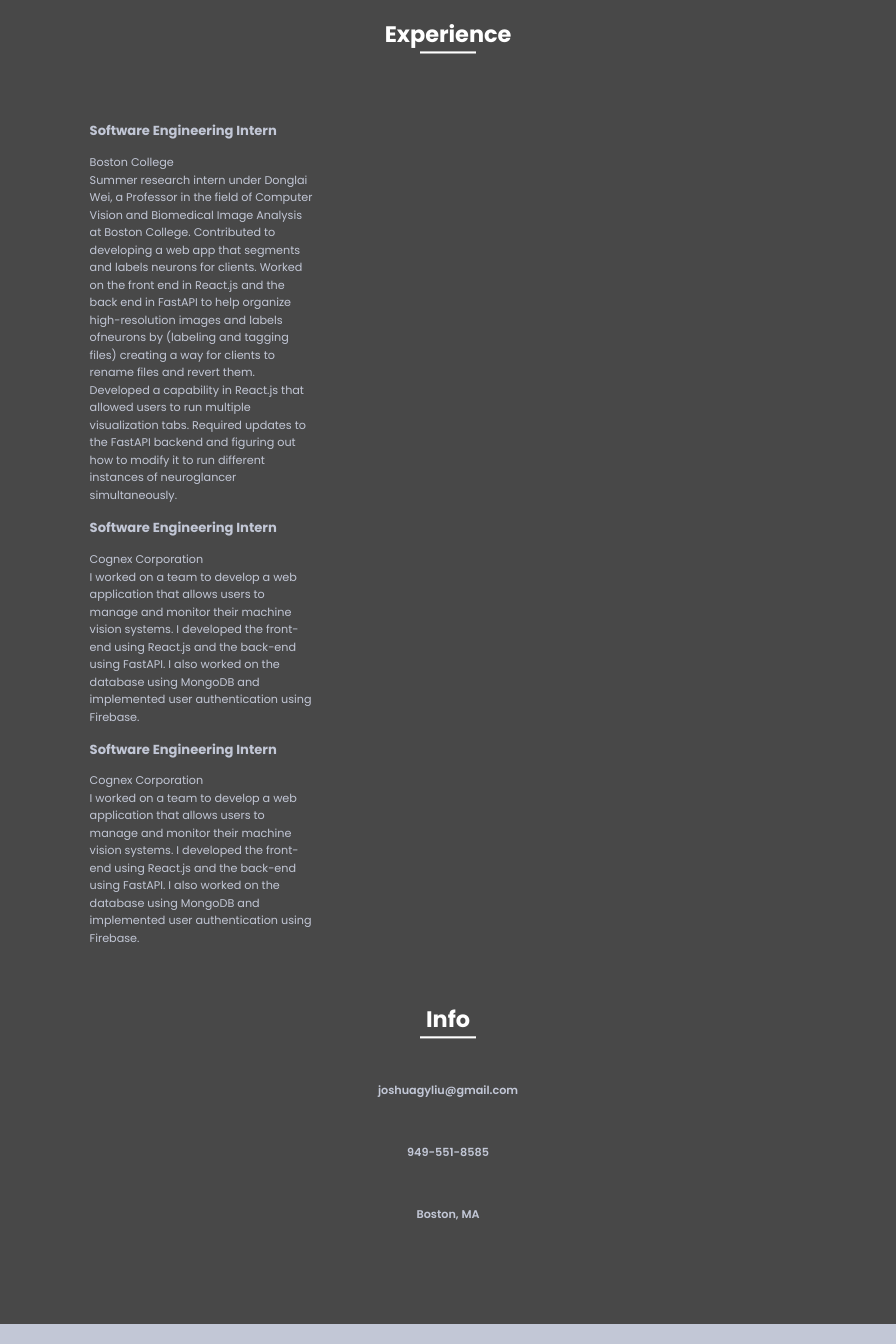
Repository: joshliu14/joshliu14.github.io
Page: index.html
The author's editor kept a copy of each file at every save. The page is drawn from the files as they stood at one save, then again after the next save.
The browser window is 1280 px wide. The pictures show the part of the page from y = 2218 to 4138 px (the page is 4342 px tall before and 4092 px after), at 70% of full size.

Above is the page before, as saved 2024-02-01 00:35:50.

### index.html
<!DOCTYPE html>
<html lang="en">
  <head>
    <meta charset="UTF-8" />
    <meta name="viewport" content="width=device-width, initial-scale=1.0" />

    <link rel="stylesheet" href="assets/css/web.css" />

    <!-- =====BOX ICONS===== -->
    <link
      href="https://unpkg.com/boxicons@2.1.4/css/boxicons.min.css"
      rel="stylesheet"
    />

    <title>Joshua Liu</title>
  </head>
  <body>
    <!--===== HEADER =====-->
    <header class="l-header">
      <nav class="nav bd-grid">
        <div>
          <a href="#" class="nav__logo">Joshua Liu</a>
        </div>

        <div class="nav__menu" id="nav-menu">
          <ul class="nav__list">
            <li class="nav__item">
              <a href="#home" class="nav__link active-link">Home</a>
            </li>
            <li class="nav__item">
              <a href="#about" class="nav__link">About</a>
            </li>
            <li class="nav__item">
              <a href="#skills" class="nav__link">Skills</a>
            </li>
            <li class="nav__item">
              <a href="#work" class="nav__link">Experience</a>
            </li>
            <li class="nav__item">
              <a href="#contact" class="nav__link">Info</a>
            </li>
          </ul>
        </div>

        <div class="nav__toggle" id="nav-toggle">
          <i class="bx bx-menu"></i>
        </div>
      </nav>
    </header>

    <main class="l-main">
      <!--===== HOME =====-->
      <section class="home bd-grid" id="home">
        <div class="home__data">
          <h1 class="home__title">
            Hi,<br />I'm <span class="home__title-color">Josh</span><br />
          </h1>

          <a href="resume.pdf" class="button">Resume</a>
        </div>

        <div class="home__social">
          <a
            href="https://www.linkedin.com/in/joshua-liu-727847208/"
            class="home__social-icon"
            ><i class="bx bxl-linkedin"></i
          ></a>
          <a href="" class="home__social-icon"
            ><i class="bx bxl-behance"></i
          ></a>
          <a href="https://github.com/joshliu14" class="home__social-icon"
            ><i class="bx bxl-github"></i
          ></a>
        </div>

        <div class="home__img">
          <svg
            class="home__blob"
            viewBox="0 0 479 467"
            xmlns="http://www.w3.org/2000/svg"
            xmlns:xlink="http://www.w3.org/1999/xlink"
          >
            <mask id="mask0" mask-type="alpha">
              <path
                d="M9.19024 145.964C34.0253 76.5814 114.865 54.7299 184.111 29.4823C245.804 6.98884 311.86 -14.9503 370.735 14.143C431.207 44.026 467.948 107.508 477.191 174.311C485.897 237.229 454.931 294.377 416.506 344.954C373.74 401.245 326.068 462.801 255.442 466.189C179.416 469.835 111.552 422.137 65.1576 361.805C17.4835 299.81 -17.1617 219.583 9.19024 145.964Z"
              />
            </mask>
            <g mask="url(#mask0)">
              <path
                d="M9.19024 145.964C34.0253 76.5814 114.865 54.7299 184.111 29.4823C245.804 6.98884 311.86 -14.9503 370.735 14.143C431.207 44.026 467.948 107.508 477.191 174.311C485.897 237.229 454.931 294.377 416.506 344.954C373.74 401.245 326.068 462.801 255.442 466.189C179.416 469.835 111.552 422.137 65.1576 361.805C17.4835 299.81 -17.1617 219.583 9.19024 145.964Z"
              />
              <image
                class="home__blob-img"
                x="30"
                y="65"
                href="assets/img/profile.png"
              />
            </g>
          </svg>
        </div>
      </section>

      <!--===== ABOUT =====-->
      <section class="about section" id="about">
        <h2 class="section-title">About</h2>

        <div class="about__container bd-grid">
          <div class="about__img">
            <img src="assets/img/about.png" alt="" />
          </div>

          <div>
            <h2 class="about__subtitle">I'm Josh</h2>
            <p class="about__text">
              I am currently a sophomore at Brandeis University pursuing a
              degree in Computer Science and Applied Mathematics. I am eager to
              contribute my programming skills to real-world scenarios, and I am
              actively seeking software engineering internship opportunities. My
              goal is to enhance my knowledge, apply theoretical concepts in
              practical settings, and contribute meaningfully to innovative
              projects.
            </p>
          </div>
        </div>
      </section>

      <!--===== SKILLS =====-->
      <section class="skills section" id="skills">
        <h2 class="section-title">Skills</h2>

        <div class="skills__container bd-grid">
          <div>
            <h2 class="skills__subtitle">Programming/Framework/Software Skills</h2>
            <p class="skills__text">
                I have experience with the following programming languages and
                frameworks. I am also familiar with software such as Git and
                Firebase. I am always eager to learn new technologies, languages,
                and frameworks to expand my skillset.
            </p>
            <div class="skills__data">
              <div class="skills__names">
                <i class="bx bxl-java skills__icon"></i>
                <span class="skills__name">JAVA</span>
              </div>
            </div>
            <div class="skills__data">
              <div class="skills__names">
                <i class="bx bxl-javascript skills__icon"></i>
                <span class="skills__name">JAVASCRIPT</span>
              </div>
            </div>
            <div class="skills__data">
              <div class="skills__names">
                <i class="bx bxl-python skills__icon"></i>
                <span class="skills__name">PYTHON</span>
              </div>
            </div>
            <div class="skills__data">
              <div class="skills__names">
                <i class="bx bxl-c-plus-plus skills__icon"></i>
                <span class="skills__name">C++</span>
              </div>
            </div>
            <div class="skills__data">
              <div class="skills__names">
                <i class="bx bxl-html5 skills__icon"></i>
                <span class="skills__name">HTML</span>
              </div>
            </div>
            <div class="skills__data">
              <div class="skills__names">
                <i class="bx bxl-css3 skills__icon"></i>
                <span class="skills__name">CSS</span>
              </div>
            </div>
            <div class="skills__data">
              <div class="skills__names">
                <i class="bx bxl-javascript skills__icon"></i>
                <span class="skills__name">JAVA</span>
              </div>
            </div>
          </div>
          <div class="skills__column2">
            <div class="skills__data">
              <div class="skills__names">
                <i class="bx bxl-react skills__icon"></i>
                <span class="skills__name">REACT.JS</span>
              </div>
            </div>
            <div class="skills__data">
              <div class="skills__names">
                <i class="bx bxl-firebase skills__icon"></i>
                <span class="skills__name">FIREBASE</span>
              </div>
            </div>
            <div class="skills__data">
              <div class="skills__names">
                <i class="bx bxl-mongodb skills__icon"></i>
                <span class="skills__name">MONGODB</span>
              </div>
            </div>
            <div class="skills__data">
              <div class="skills__names">
                <i class="bx bxs-zap skills__icon"></i>
                <span class="skills__name">FASTAPI</span>
              </div>
            </div>
            <div class="skills__data">
              <div class="skills__names">
                <i class="bx bxl-redux skills__icon"></i>
                <span class="skills__name">REDUX</span>
              </div>
            </div>
            <div class="skills__data">
              <div class="skills__names">
                <i class="bx bxl-nodejs skills__icon"></i>
                <span class="skills__name">NODE</span>
              </div>
            </div>
            <div class="skills__data">
              <div class="skills__names">
                <i class="bx bxl-git skills__icon"></i>
                <span class="skills__name">GIT</span>
              </div>
            </div>
          </div>
      </section>

      <!--===== Experience =====-->
      <section class="work section" id="work">
        <h2 class="section-title">Experience</h2>

        <div class="work__container bd-grid">
            <div class="work__content">
                <div>
                <h3 class="work__title">Software Engineering Intern</h3>
                <span class="work__subtitle">Boston College</span>
                <p class="work__description">
                    Summer research intern under Donglai Wei, a Professor in the field of Computer Vision and Biomedical Image Analysis at Boston College. Contributed to developing a web app that segments and labels neurons for clients. Worked on the front end in React.js and the back end in FastAPI to help organize high-resolution images and labels ofneurons by (labeling and tagging files) creating a way for clients to rename files and revert them. Developed a capability in React.js that allowed users to run multiple visualization tabs. Required updates to the FastAPI backend and figuring out how to modify it to run different instances of neuroglancer simultaneously.
                </p>
                </div>
                <div>
                <h3 class="work__title">Software Engineering Intern</h3>
                <span class="work__subtitle">Cognex Corporation</span>
                <p class="work__description">
                    I worked on a team to develop a web application that allows
                    users to manage and monitor their machine vision systems. I
                    developed the front-end using React.js and the back-end using
                    FastAPI. I also worked on the database using MongoDB and
                    implemented user authentication using Firebase.
                </p>
                </div>
                <div>
                <h3 class="work__title">Software Engineering Intern</h3>
                <span class="work__subtitle">Cognex Corporation</span>
                <p class="work__description">
                    I worked on a team to develop a web application that allows
                    users to manage and monitor their machine vision systems. I
                    developed the front-end using React.js and the back-end using
                    FastAPI. I also worked on the database using MongoDB and
                    implemented user authentication using Firebase.
                </p>
                </div>
            </div>
        </div>

      <!--===== CONTACT =====-->
      <section class="contact section" id="contact">
        <h2 class="section-title">Info</h2>
        <p class="contact__input">joshuagyliu@gmail.com</p>
        <p class="contact__input">949-551-8585</p>
        <p class="contact__input">Boston, MA</p>
      </section>
    </main>

    <!--===== FOOTER =====-->
    <footer class="footer">
      <p class="footer__title">Josh Liu</p>
      <div class="footer__social">
        <a href="https://www.facebook.com/josh.liu.9847" class="footer__icon"
          ><i class="bx bxl-facebook"></i
        ></a>
        <a href="https://www.instagram.com/joshliu_" class="footer__icon"
          ><i class="bx bxl-instagram"></i
        ></a>
        <a href="https://twitter.com/jahliu" class="footer__icon"
          ><i class="bx bxl-twitter"></i
        ></a>
      </div>
      <p class="footer__copy">&#169; Joshua Liu</p>
    </footer>

    <!--===== SCROLL REVEAL =====-->
    <script src="https://unpkg.com/scrollreveal"></script>

    <!--===== MAIN JS =====-->
    <script src="assets/js/main.js"></script>
  </body>
</html>

### assets/css/web.css
/*===== GOOGLE FONTS =====*/
@import url("https://fonts.googleapis.com/css2?family=Poppins:wght@400;600;700&display=swap");
/*===== VARIABLES CSS =====*/
:root {
  --header-height: 3rem;
  --font-semi: 600;
  /*===== Colores =====*/
  /*Purple 260 - Red 355 - Blue 224 - Pink 340*/
  /* HSL color mode */
  --hue-color: 224;
  --first-color: hsl(var(--hue-color), 0%, 100%);
  --second-color: hsl(var(--hue-color), 20%, 80%);
  /*===== Fuente y tipografia =====*/
  --body-font: "Poppins", sans-serif;
  --big-font-size: 2rem;
  --h2-font-size: 1.25rem;
  --normal-font-size: 0.938rem;
  --smaller-font-size: 0.75rem;
  /*===== Margenes =====*/
  --mb-2: 1rem;
  --mb-4: 2rem;
  --mb-5: 2.5rem;
  --mb-6: 3rem;
  /*===== z index =====*/
  --z-back: -10;
  --z-fixed: 100;
}
@media screen and (min-width: 968px) {
  :root {
    --big-font-size: 3.5rem;
    --h2-font-size: 2rem;
    --normal-font-size: 1rem;
    --smaller-font-size: 0.875rem;
  }
}

/*===== BASE =====*/
*,
::before,
::after {
  box-sizing: border-box;
}

html {
  scroll-behavior: smooth;
}

body {
  margin: var(--header-height) 0 0 0;
  font-family: var(--body-font);
  font-size: var(--normal-font-size);
  color: var(--second-color);
  background-color: #484848;
}

h1,
h2,
p {
  margin: 0;
}

ul {
  margin: 0;
  padding: 0;
  list-style: none;
}

a {
  text-decoration: none;
}

img {
  max-width: 100%;
  height: auto;
  display: block;
}

/*===== CLASS CSS ===== */
.section-title {
  position: relative;
  font-size: var(--h2-font-size);
  color: var(--first-color);
  margin-top: var(--mb-2);
  margin-bottom: var(--mb-4);
  text-align: center;
}
.section-title::after {
  position: absolute;
  content: "";
  width: 64px;
  height: 0.18rem;
  left: 0;
  right: 0;
  margin: auto;
  top: 2rem;
  background-color: var(--first-color);
}

.section {
  padding-top: 3rem;
  padding-bottom: 2rem;
}

/*===== LAYOUT =====*/
.bd-grid {
  max-width: 1024px;
  display: grid;
  margin-left: var(--mb-2);
  margin-right: var(--mb-2);
}

.l-header {
  width: 100%;
  position: fixed;
  top: 0;
  left: 0;
  z-index: var(--z-fixed);
  background-color: #484848;
  box-shadow: 0 1px 4px rgba(146, 161, 176, 0.15);
}

/*===== NAV =====*/
.nav {
  height: var(--header-height);
  display: flex;
  justify-content: space-between;
  align-items: center;
  font-weight: var(--font-semi);
}
@media screen and (max-width: 767px) {
  .nav__menu {
    position: fixed;
    top: var(--header-height);
    right: -100%;
    width: 80%;
    height: 100%;
    padding: 2rem;
    background-color: var(--second-color);
    transition: 0.5s;
  }
}
.nav__item {
  margin-bottom: var(--mb-4);
}
.nav__link {
  position: relative;
  color: #fff;
}
.nav__link:hover {
  position: relative;
}
.nav__link:hover::after {
  position: absolute;
  content: "";
  width: 100%;
  height: 0.18rem;
  left: 0;
  top: 2rem;
  background-color: var(--first-color);
}
.nav__logo {
  color: var(--second-color);
}
.nav__toggle {
  color: var(--second-color);
  font-size: 1.5rem;
  cursor: pointer;
}

/*Active menu*/
.active-link::after {
  position: absolute;
  content: "";
  width: 100%;
  height: 0.18rem;
  left: 0;
  top: 2rem;
  background-color: var(--first-color);
}

/*=== Show menu ===*/
.show {
  right: 0;
}

/*===== HOME =====*/
.home {
  position: relative;
  row-gap: 5rem;
  padding: 4rem 0 5rem;
}
.home__data {
  align-self: center;
}
.home__title {
  font-size: var(--big-font-size);
  margin-bottom: var(--mb-5);
}
.home__title-color {
  color: var(--first-color);
}
.home__social {
  display: flex;
  flex-direction: column;
}
.home__social-icon {
  width: max-content;
  margin-bottom: var(--mb-2);
  font-size: 1.5rem;
  color: var(--second-color);
}
.home__social-icon:hover {
  color: var(--first-color);
}
.home__img {
  position: absolute;
  right: 0;
  bottom: 0;
  width: 260px;
}
.home__blob {
  fill: var(--first-color);
}
.home__blob-img {
  width: 400px;
}

/*BUTTONS*/
.button {
  display: inline-block;
  background-color: var(--first-color);
  color: #000000;
  padding: 0.75rem 2.5rem;
  font-weight: var(--font-semi);
  border-radius: 0.5rem;
  transition: 0.3s;
}
.button:hover {
  box-shadow: 0px 10px 36px rgba(0, 0, 0, 0.15);
}

/* ===== ABOUT =====*/
.about__container {
  row-gap: 2rem;
  text-align: center;
}
.about__subtitle {
  margin-bottom: var(--mb-2);
}
.about__img {
  justify-self: center;
}
.about__img img {
  width: 200px;
  border-radius: 0.5rem;
}

/* ===== SKILLS =====*/
.skills__container {
  row-gap: 2rem;
  text-align: center;
}
.skills__column2 {
  margin-top: 210px;
}
.skills__subtitle {
  margin-bottom: var(--mb-2);
}
.skills__text {
  margin-bottom: var(--mb-4);
}
.skills__data {
  display: flex;
  justify-content: space-between;
  align-items: center;
  position: relative;
  font-weight: var(--font-semi);
  padding: 0.5rem 1rem;
  margin-bottom: var(--mb-4);
  border-radius: 0.5rem;
  box-shadow: 0px 4px 25px rgba(14, 36, 49, 0.15);
}
.skills__icon {
  font-size: 2rem;
  margin-right: var(--mb-2);
  color: var(--first-color);
}
.skills__names {
  display: flex;
  align-items: center;
}
.skills__bar {
  position: absolute;
  left: 0;
  bottom: 0;
  background-color: var(--first-color);
  height: 0.25rem;
  border-radius: 0.5rem;
  z-index: var(--z-back);
}
.skills__html {
  width: 95%;
}
.skills__css {
  width: 85%;
}
.skills__js {
  width: 65%;
}
.skills__ux {
  width: 85%;
}
.skills__img {
  border-radius: 0.5rem;
}

/* ===== WORK =====*/
.work__container {
  row-gap: 2rem;
}
.work__img {
  box-shadow: 0px 4px 25px rgba(14, 36, 49, 0.15);
  border-radius: 0.5rem;
  overflow: hidden;
}
.work__img img {
  transition: 1s;
}
.work__img img:hover {
  transform: scale(1.1);
}

/* ===== CONTACT =====*/
.contact__input {
  text-align: center;
  font-size: var(--normal-font-size);
  font-weight: var(--font-semi);
  padding: 1rem;
  margin-bottom: var(--mb-4);
}

/* ===== FOOTER =====*/
.footer {
  background-color: var(--second-color);
  color: #484848;
  text-align: center;
  font-weight: var(--font-semi);
  padding: 2rem 0;
}
.footer__title {
  font-size: 2rem;
  margin-bottom: var(--mb-4);
}
.footer__social {
  margin-bottom: var(--mb-4);
}
.footer__icon {
  font-size: 1.5rem;
  color: #484848;
  margin: 0 var(--mb-2);
}
.footer__copy {
  font-size: var(--smaller-font-size);
}

/* ===== MEDIA QUERIES=====*/
@media screen and (max-width: 320px) {
  .home {
    row-gap: 2rem;
  }
  .home__img {
    width: 200px;
  }
}
@media screen and (min-width: 576px) {
  .home {
    padding: 4rem 0 2rem;
  }
  .home__social {
    padding-top: 0;
    padding-bottom: 2.5rem;
    flex-direction: row;
    align-self: flex-end;
  }
  .home__social-icon {
    margin-bottom: 0;
    margin-right: var(--mb-4);
  }
  .home__img {
    width: 300px;
    bottom: 25%;
  }
  .about__container {
    grid-template-columns: repeat(2, 1fr);
    align-items: center;
    text-align: initial;
  }
  .skills__container {
    grid-template-columns: 0.7fr;
    justify-content: center;
    column-gap: 1rem;
  }
  .work__container {
    grid-template-columns: repeat(2, 1fr);
    column-gap: 2rem;
    padding-top: 2rem;
  }
}
@media screen and (min-width: 768px) {
  body {
    margin: 0;
  }
  .section {
    padding-top: 4rem;
    padding-bottom: 3rem;
  }
  .section-title {
    margin-bottom: var(--mb-6);
  }
  .section-title::after {
    width: 80px;
    top: 3rem;
  }
  .nav {
    height: calc(var(--header-height) + 1.5rem);
  }
  .nav__list {
    display: flex;
    padding-top: 0;
  }
  .nav__item {
    margin-left: var(--mb-6);
    margin-bottom: 0;
  }
  .nav__toggle {
    display: none;
  }
  .nav__link {
    color: var(--second-color);
  }
  .home {
    padding: 8rem 0 2rem;
  }
  .home__img {
    width: 400px;
    bottom: 10%;
  }
  .about__container {
    padding-top: 2rem;
  }
  .about__img img {
    width: 300px;
  }
  .skills__container {
    grid-template-columns: repeat(2, 1fr);
    column-gap: 2rem;
    align-items: center;
    text-align: initial;
  }
  .work__container {
    grid-template-columns: repeat(3, 1fr);
    column-gap: 2rem;
  }
}
@media screen and (min-width: 992px) {
  .bd-grid {
    margin-left: auto;
    margin-right: auto;
  }
  .home {
    padding: 10rem 0 2rem;
  }
  .home__img {
    width: 450px;
  }
}

### assets/js/main.js
/*===== MENU SHOW =====*/
const showMenu = (toggleId, navId) => {
  const toggle = document.getElementById(toggleId),
    nav = document.getElementById(navId);

  if (toggle && nav) {
    toggle.addEventListener("click", () => {
      nav.classList.toggle("show");
    });
  }
};
showMenu("nav-toggle", "nav-menu");

/*==================== REMOVE MENU MOBILE ====================*/
const navLink = document.querySelectorAll(".nav__link");

function linkAction() {
  const navMenu = document.getElementById("nav-menu");
  // When we click on each nav__link, we remove the show-menu class
  navMenu.classList.remove("show");
}
navLink.forEach((n) => n.addEventListener("click", linkAction));

/*==================== SCROLL SECTIONS ACTIVE LINK ====================*/
const sections = document.querySelectorAll("section[id]");

const scrollActive = () => {
  const scrollDown = window.scrollY;

  sections.forEach((current) => {
    const sectionHeight = current.offsetHeight,
      sectionTop = current.offsetTop - 58,
      sectionId = current.getAttribute("id"),
      sectionsClass = document.querySelector(
        ".nav__menu a[href*=" + sectionId + "]"
      );

    if (scrollDown > sectionTop && scrollDown <= sectionTop + sectionHeight) {
      sectionsClass.classList.add("active-link");
    } else {
      sectionsClass.classList.remove("active-link");
    }
  });
};
window.addEventListener("scroll", scrollActive);

/*===== SCROLL REVEAL ANIMATION =====*/
const sr = ScrollReveal({
  origin: "top",
  distance: "60px",
  duration: 2000,
  delay: 200,
  //     reset: true
});

sr.reveal(".home__data, .about__img, .skills__subtitle, .skills__text", {});
sr.reveal(".home__img, .about__subtitle, .about__text, .skills__img", {
  delay: 400,
});
sr.reveal(".home__social-icon", { interval: 200 });
sr.reveal(".skills__data, .work__img, .contact__input", { interval: 200 });

After the next save:
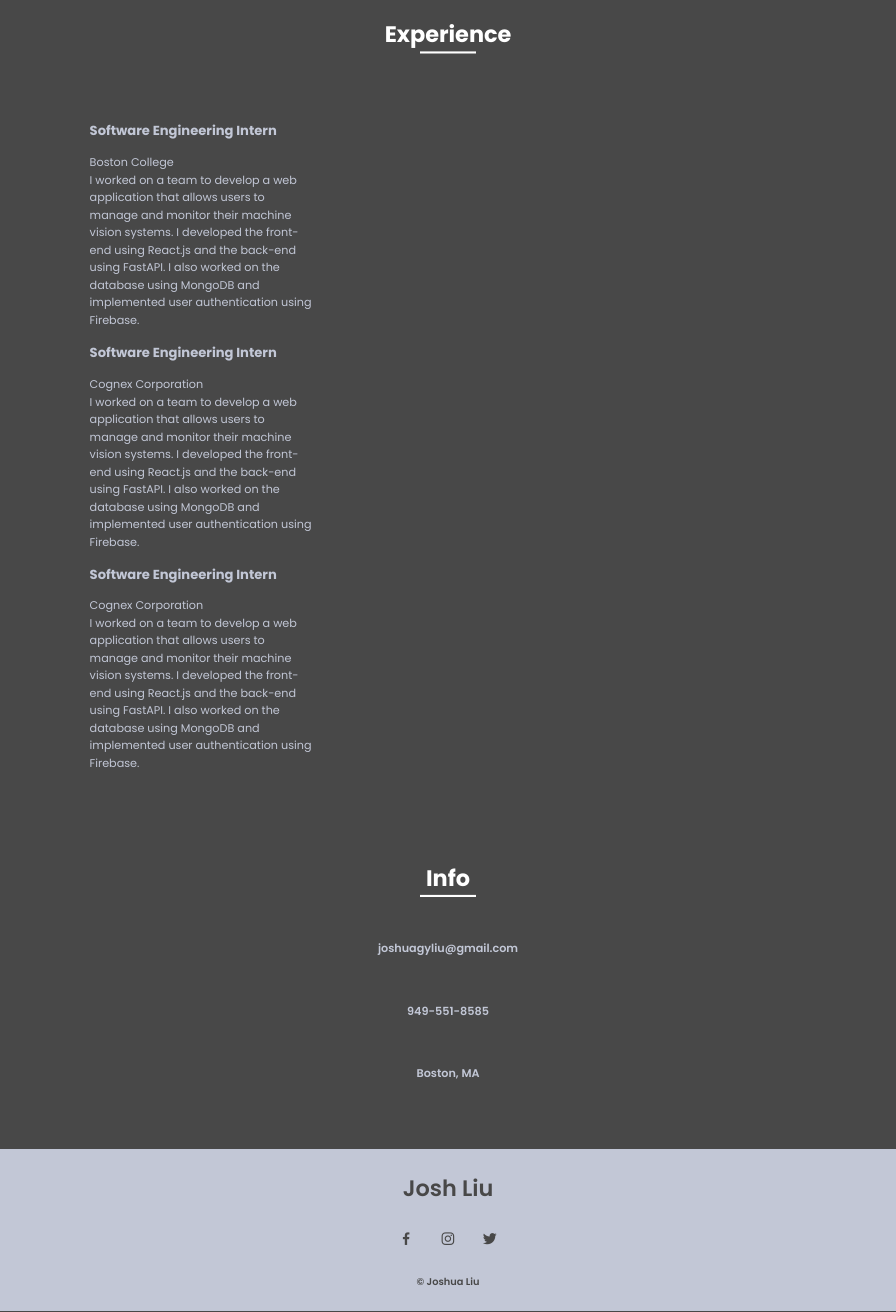
Saved 31 s later.
--- a/index.html
+++ b/index.html
@@ -236,7 +236,11 @@
                 <h3 class="work__title">Software Engineering Intern</h3>
                 <span class="work__subtitle">Boston College</span>
                 <p class="work__description">
-                    Summer research intern under Donglai Wei, a Professor in the field of Computer Vision and Biomedical Image Analysis at Boston College. Contributed to developing a web app that segments and labels neurons for clients. Worked on the front end in React.js and the back end in FastAPI to help organize high-resolution images and labels ofneurons by (labeling and tagging files) creating a way for clients to rename files and revert them. Developed a capability in React.js that allowed users to run multiple visualization tabs. Required updates to the FastAPI backend and figuring out how to modify it to run different instances of neuroglancer simultaneously.
+                    I worked on a team to develop a web application that allows
+                    users to manage and monitor their machine vision systems. I
+                    developed the front-end using React.js and the back-end using
+                    FastAPI. I also worked on the database using MongoDB and
+                    implemented user authentication using Firebase.
                 </p>
                 </div>
                 <div>
@@ -263,6 +267,7 @@
                 </div>
             </div>
         </div>
+      </section>
 
       <!--===== CONTACT =====-->
       <section class="contact section" id="contact">
